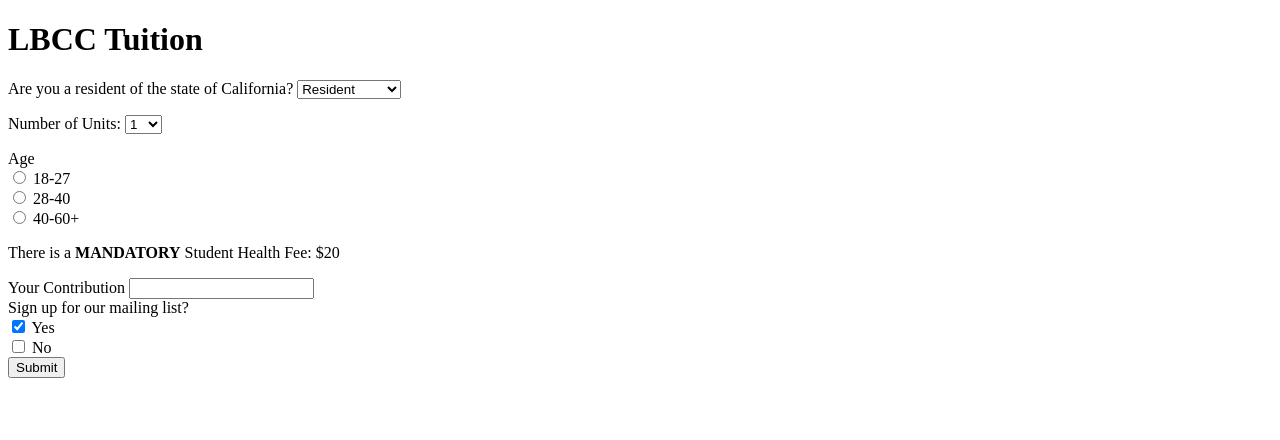
Repository: sunkim96/cosw30
Page: homework/homework3/tuition_calculator.html
The author's editor kept a record of every edit. The page is drawn from the files as they stood at one moment, then again after the next edit.
The browser window is 1280 px wide. The pictures show the whole page.

Above is the page before.

After the next edit:
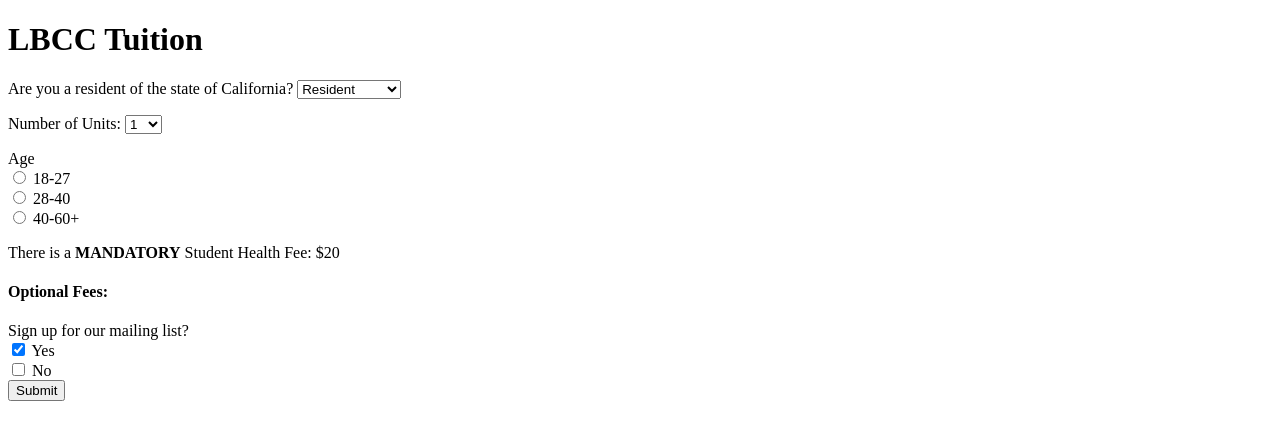
The edit:
--- a/homework/homework3/tuition_calculator.html
+++ b/homework/homework3/tuition_calculator.html
@@ -49,9 +49,7 @@
             <p> There is a <strong>MANDATORY</strong> Student Health Fee: $20</p>
 
 
-                <!-- contribution, default value set to 0 !-->
-              <label for="contribution">Your Contribution</label>
-              <input type="number" name="contribution" min="0"><br>
+              <h4>Optional Fees:</h4>
 
 
               <!-- mailing list yes or no !-->
